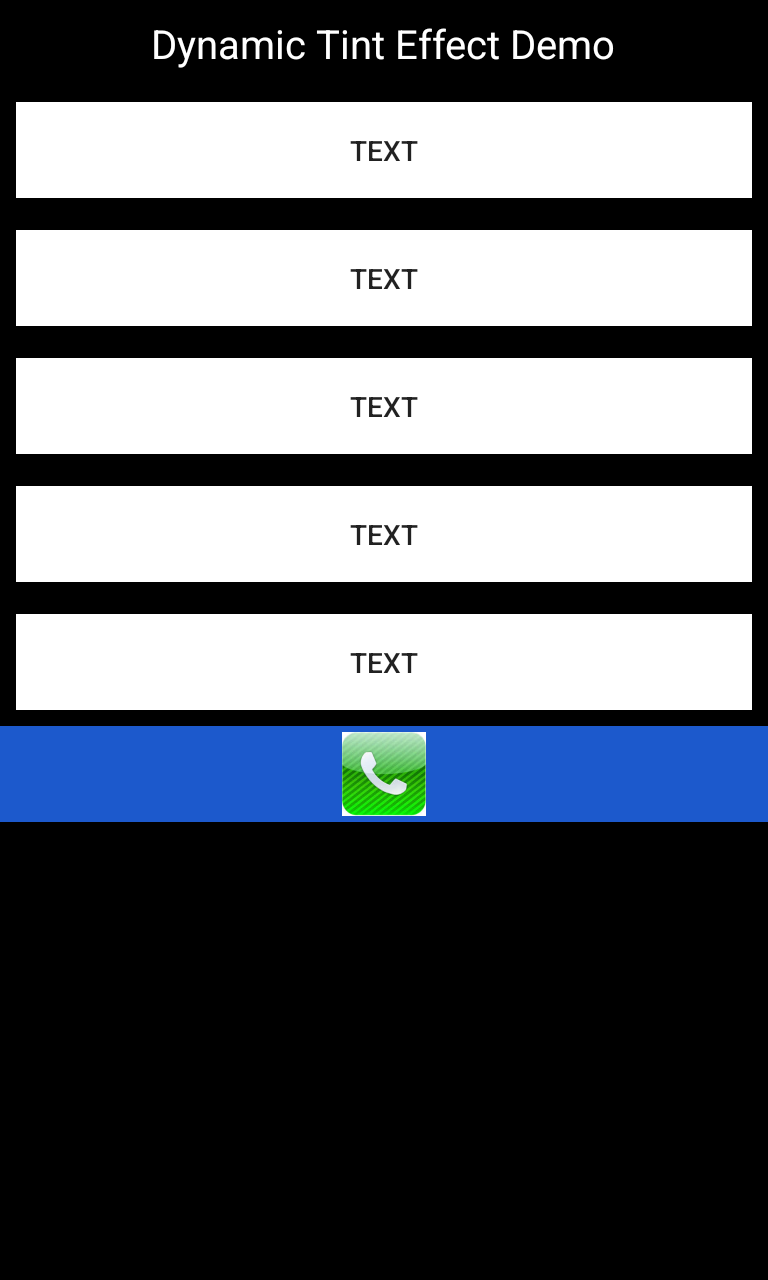
Repository: vipinvkamara/layouts
Layout: tinkchanges/res/layout/activity_main.xml
These files come from the project's save history. The layout is drawn as it stood at one moment and after the next save; the edit follows.
It is drawn on a 768 x 1280 px phone screen (xhdpi) without system bars, with theme AppTheme; the app's code is not run.

Above is the layout before, as saved 2014-12-08 17:49:01.

### tinkchanges/res/layout/activity_main.xml
<LinearLayout xmlns:android="http://schemas.android.com/apk/res/android"
    xmlns:tools="http://schemas.android.com/tools"
    android:layout_width="match_parent"
    android:layout_height="match_parent"
    android:layout_margin="10dp"
    android:background="#000000"
    android:gravity="top"
    android:orientation="vertical" >

    <TextView
        android:layout_width="wrap_content"
        android:layout_height="wrap_content"
        android:layout_gravity="center"
        android:layout_margin="8dp"
        android:text="Dynamic Tint Effect Demo"
        android:textColor="#ffffff"
        android:textSize="20sp" />

    <Button
        android:id="@+id/button_1"
        android:layout_width="match_parent"
        android:layout_height="wrap_content"
        android:layout_margin="8dp"
        android:background="#ffffff"
        android:text="text" />

    <Button
        android:id="@+id/button_2"
        android:layout_width="match_parent"
        android:layout_height="wrap_content"
        android:layout_margin="8dp"
        android:background="#ffffff"
        android:text="text" />

    <Button
        android:id="@+id/button_3"
        android:layout_width="match_parent"
        android:layout_height="wrap_content"
        android:layout_margin="8dp"
        android:background="#ffffff"
        android:text="text" />

    <Button
        android:id="@+id/button_4"
        android:layout_width="match_parent"
        android:layout_height="wrap_content"
        android:layout_margin="8dp"
        android:background="#ffffff"
        android:text="text" />

    <Button
        android:id="@+id/button_5"
        android:layout_width="match_parent"
        android:layout_height="wrap_content"
        android:layout_margin="8dp"
        android:background="#ffffff"
        android:text="text" />

    <LinearLayout
        android:layout_width="match_parent"
        android:layout_height="wrap_content"
        android:layout_weight="0.46" >

        <ImageButton
            android:id="@+id/imageButton1"
            android:layout_width="match_parent"
            android:background="#1C59CC"
            android:layout_height="wrap_content"
            android:src="@drawable/ic_launcher" />

    </LinearLayout>

</LinearLayout>

Loaded but not shown: tinkchanges/res/values/styles.xml (common file); tinkchanges/res/values-v11/styles.xml (common file); tinkchanges/res/values-v14/styles.xml (common file)

After the next save:
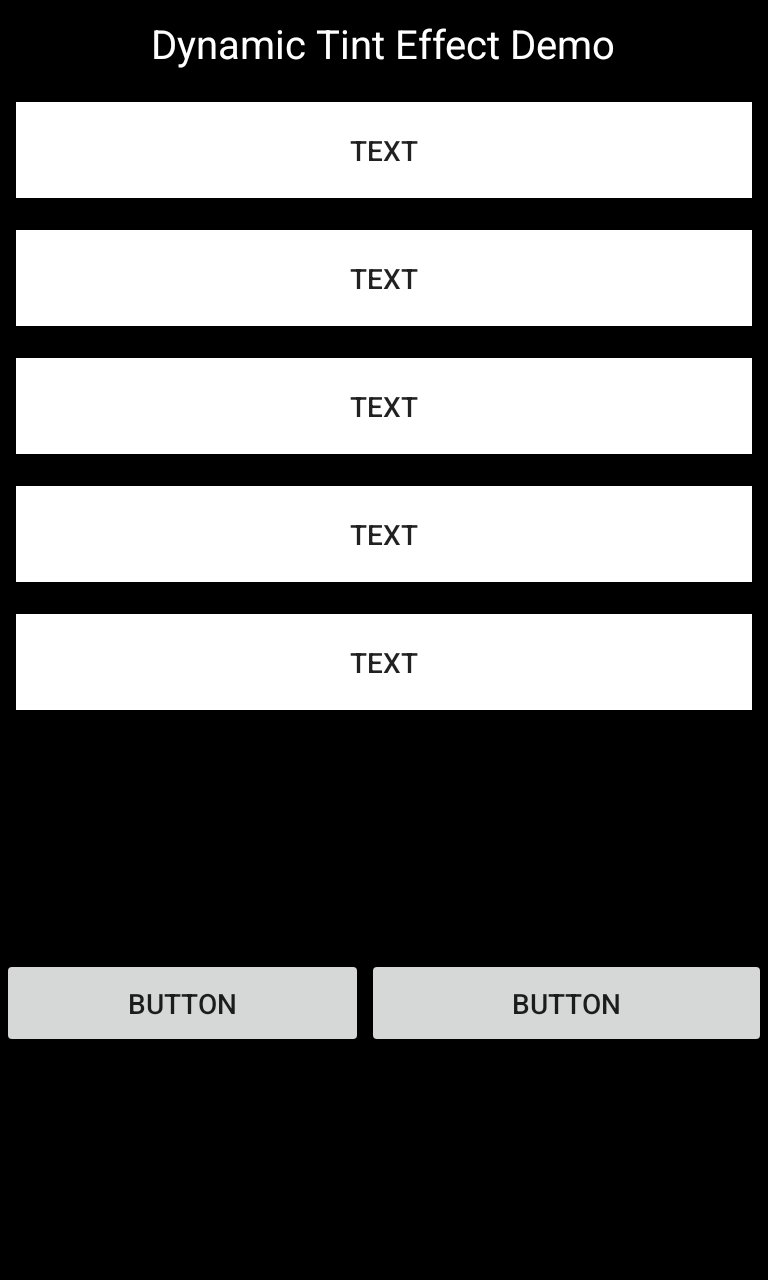
Saved 10 min 35 s later.
--- a/tinkchanges/res/layout/activity_main.xml
+++ b/tinkchanges/res/layout/activity_main.xml
@@ -59,15 +59,22 @@
     <LinearLayout
         android:layout_width="match_parent"
         android:layout_height="wrap_content"
-        android:layout_weight="0.46" >
+        android:gravity="center"
+        android:layout_weight="0.26" >
 
-        <ImageButton
-            android:id="@+id/imageButton1"
-            android:layout_width="match_parent"
-            android:background="#1C59CC"
+        <Button
+            android:id="@+id/button1"
+            android:layout_width="wrap_content"
             android:layout_height="wrap_content"
-            android:src="@drawable/ic_launcher" />
+            android:layout_weight="0.55"
+            android:text="Button" />
 
+        <Button
+            android:id="@+id/button2"
+            android:layout_width="wrap_content"
+            android:layout_height="wrap_content"
+            android:layout_weight="0.66"
+            android:text="Button" />
     </LinearLayout>
 
 </LinearLayout>
